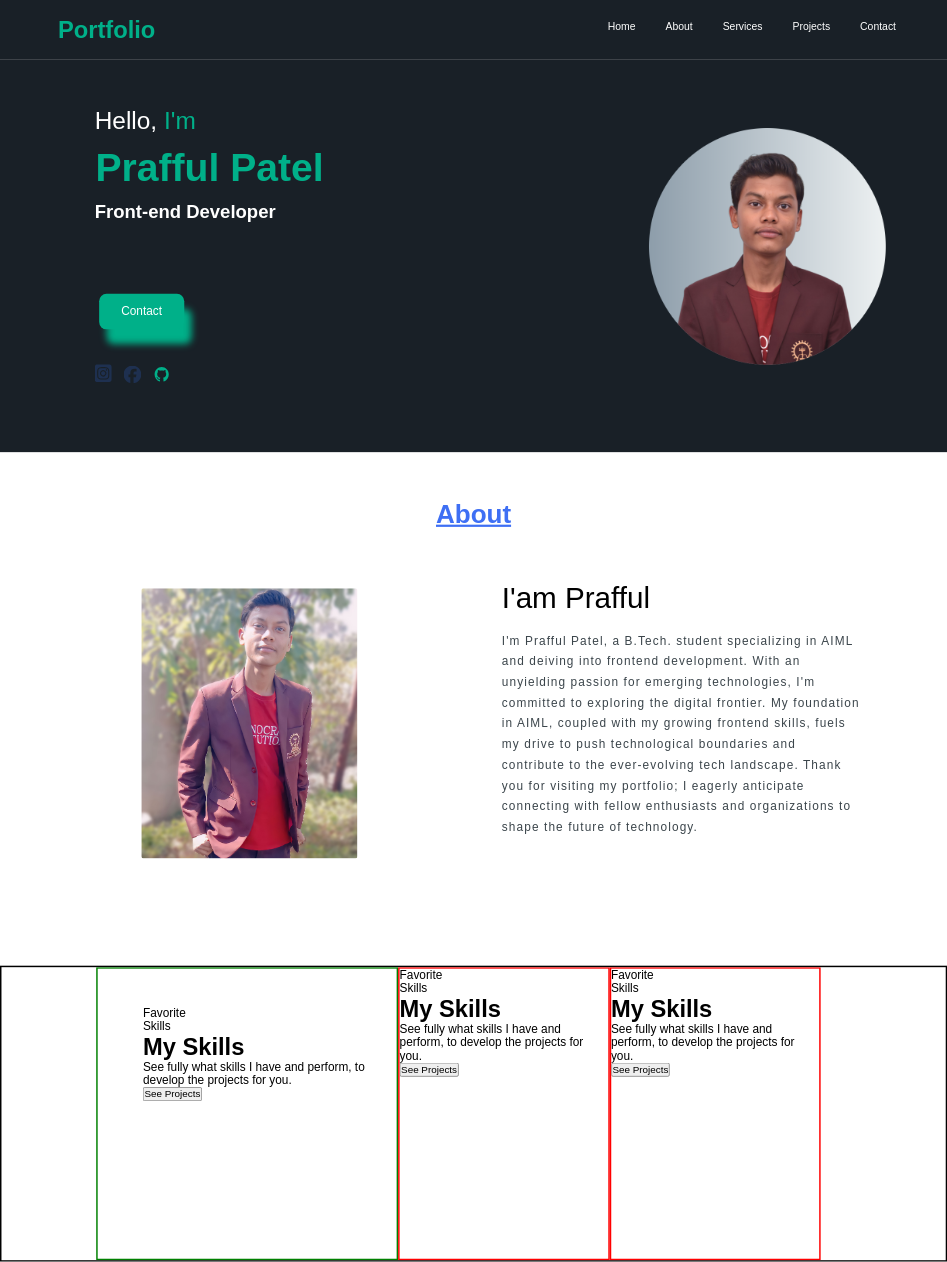
Repository: PraffulPatel27/Portfolio_2.0
Page: index.html
These files come from the project's save history. The page is drawn as it stood at one moment and after the next save; the edit follows.
The browser window is 1280 px wide. The pictures show the whole page, at 74% of full size.
The pointer rests on the first visible `.btn`.

Above is the page before, as saved 2024-01-01 15:54:12.

### index.html
<!DOCTYPE html>
<html lang="en">
<head>
    <meta charset="UTF-8">
    <meta name="viewport" content="width=device-width, initial-scale=1.0">
    <title>Portfolio website complete</title>
    <link rel="stylesheet" href="style.css">
</head>
<body>

  <div class="container-first">
    <!-- /*********************** nav bar **************************/ -->
        <nav class="header">
            <h1>Portfolio</h1>

            <div class="nav-bar">
                <ul>
                    <li class="c1">Home</li>
                    <li> <a id="unique" href="#about">About</a></li>
                    <li>Services</li>
                    <li>Projects</li>
                    <li>Contact</li>
                </ul>
            </div>

        </nav>
        <!-- <div class="head-1"></div> -->



    <!-- /*********************** Section - 1 **************************/ -->
    <div class="first-main-content">
      <div class="left-content">
        <!-- <h1> Hi, </h1> -->
        <p class="ch"> Hello, </p>
        <p class="ch" id="bl"> I'm  </p>
        <h1 id="name-author"> Prafful Patel</h1>
        <h1> Front-end Developer </h1>

        <button class="btn"> Contact </button>
        <div class="social">
            <img src="images/instagram.svg">
            <img src="images/facebook.svg">
            <img src="images/github.svg">
        </div>
    </div>

   <img class="pic" src="images/profile-pic-circle.png">
   </div>


    <!-- /*********************** Section - 2 **************************/ -->
    <div class="section-2">
            <p class="heading-about"> About </p>

        <div class="front-2_under">
            <!-- <img class="left-img" src="images/image-portfolio.jpg"> -->
            <div class="left-content">
                <img class="left-img" src="images/image-portfolio.jpg">
            </div>

            <div class="right-para" id="about">
                <p class="heading-2"> I'am Prafful </p>
                <p class="description"> I'm Prafful Patel, a B.Tech. student specializing in AIML and
                    deiving into frontend development. With an unyielding passion
                    for emerging technologies, I'm committed to exploring the
                    digital frontier. My foundation in AIML, coupled with my
                    growing frontend skills, fuels my drive to push technological
                    boundaries and contribute to the ever-evolving tech
                    landscape. Thank you for visiting my portfolio; I eagerly
                    anticipate connecting with fellow enthusiasts and
                    organizations to shape the future of technology. </p>
            </div>
        </div>

    </div>


    <!-- /*********************** Section - 3 **************************/ -->

    <div class="section-3">
        <div class="bx-1">
            <p> Favorite </p>
            <p> Skills</p>
            <h1> My Skills</h1>

            <p>See fully what skills I have and perform, to
                develop the projects for you.</p>
            <button class="see-project"> See Projects </button>
        </div>

        <div class="bx-2">
            <p> Favorite </p>
            <p> Skills</p>
            <h1> My Skills</h1>

            <p>See fully what skills I have and perform, to
                develop the projects for you.</p>
            <button class="see-project"> See Projects </button>
        </div>

        <div class="bx-2">
            <p> Favorite </p>
            <p> Skills</p>
            <h1> My Skills</h1>

            <p>See fully what skills I have and perform, to
                develop the projects for you.</p>
            <button class="see-project"> See Projects </button>
        </div>
    </div>



    <!-- <footer>
            <h4 class="f-h4"> Prafful </h4>
            <div class="fimg">
                <img class="fb" src="images/faceb.png">
                <img class="ins" src="images/instagram-logo.png">
                <img class="lid" src="images/linkedin (1).png">
                <img class="git" src="images/github (1).png">
            </div>
            <h3 class="f-h3"> Terms of Use . Privacy Policy </h3>
            <p class="fp"> © 2023 copyright all right reserved </p>
    </footer> -->

  </div>

</body>
</html>

### style.css
* {
    margin: 0;
    padding: 0;
    box-sizing: border-box;
    font-family: 'Poppins' , sans-serif;
    scroll-behavior: smooth;
    overflow-x: hidden;
}
.container-first {
    display: flex;
    flex-direction: column;
    flex-wrap: wrap;
    width: 100vw;
    align-items: center;
}
.main-con {
    margin-left: 10%;
    margin-right: 10%;
}

/*********************** Nav bar **************************/
.header {
    min-height: 90%;
    width: 100%;
    background-position: center;
    background-size: cover;
    position: relative;
    background-color: #192027;
    color: #fff;
}
nav {
    display: flex;
    padding: 1.6% 4%;
    align-items: center;
    justify-content: center;
}
.nav-bar {
    flex: 1;
    text-align: right;
}
.nav-bar ul li {
    list-style: none;
    display: inline-block;
    padding: 8px 18px;
    position: relative;
    /* font-weight: bold; */
    cursor: pointer;
    font-size: 0.88rem;
}
#unique {
    text-decoration: none;
    color: #fff;
}
#unique:hover {
    color: #00B089;
}
.nav-bar ul li::after  {
    content: '';
    width: 0%;
    height: 3.5px;
    background-color: #00B089;
    display: block;
    margin: auto;
    transition: 0.80s;
}
.nav-bar ul li:hover::after {
    width: 100%;
}
.nav-bar ul li:hover {
    color: #00B089;
}
nav h1 {
    font-size: 2rem;
    color: #00B089;
    margin-left: 1.7rem;
}

/*********************** Section - 1 **************************/
.first-main-content {
    width: 100%;
    background-color: #192027;
    padding-bottom: 7%;
    display: flex;
    justify-content: space-evenly;
    align-items: center;
    flex-direction: row;
    flex-wrap: wrap;
    align-items: center;
    /* border: 2px solid black; */
}
/* .head-1 {
    margin-top: -1.2%;
    opacity: 0.1;
    border: 0.8px solid black;
    width: 100%;
} */
.left-content {
    padding-top: 5%;
    padding-left: 10%;
    /* border: 2px solid black; */
}
.ch {
    display: inline;
    font-size: 33px;
    color: #fff;
}
#bl {
    color: #00B089;
}
#name-author {
    color: #00B089;
    margin-top: 1.2%;
    font-size: 3.3rem;
    margin-left: 0.1%;
}
.left-content h1 {
    line-height: 60px;
    color: #fff;
    font-size: 25px;
}
.btn {
    width: 10%;
    height: 3rem;
    margin-top: 7%;
    margin-left: 0.5%;
    border-radius: 10px;
    background: #00B089;
    border: none;
    cursor: pointer;
    color: white;
    font-size: 1rem;
    text-align: center;
}
.btn:hover {
    box-shadow: 10px 20px 10px #00B089;
    transition: 0.2s;
}
.social {
    margin-top: 4%;
    margin-left: -1%;
    /* border: 2px solid black; */
}
.social img {
    width: 3%;
    padding-left: 1%;
    cursor: pointer;
    background: none;
}
.pic {
    width: 20rem;
    margin-top:5%;
    margin-right: -62%;
    flex-wrap: wrap;
    position: absolute;
}

/*********************** Section - 2 **************************/
.section-2 {
    width: 100%;
    flex-wrap: wrap;
    align-items: center;
    display: flex;
    position: none;
    justify-content: space-evenly;
    /* border: 2px solid red; */
}
.heading-about {
    text-align: center;
    margin-top: 5%;
    color: #3E6FF4;
    font-size: 2.2rem;
    font-style: normal;
    font-weight: 700;
    text-decoration: underline;
}
.front-2_under {
    display: flex;
    flex-direction: row;
    justify-content: space-evenly;
    align-items: center;
    margin-top: 2%;
    margin-left: 6.5%;
    margin-right: 9%;
    margin-bottom: 6%;
    /* border: 2px solid red; */
}
.left-content {
    flex: 1;
}
.left-content .left-img {
    width: 60%;
    max-width: 100%;
    height: auto;
    border-radius: 1%;
}
.right-para {
    flex: 1;
}
.heading-2 {
    font-size: 2.5rem;
    line-height: 70px;
}
.description {
    color: #3b454b;
    letter-spacing: 1.5px;
    line-height: 28px;
    margin-top: 2%;
}

 /*********************** Section - 3 **************************/
 .section-3 {
    height: 25rem;
    margin-top: 5%;
    flex-wrap: wrap;
    display: flex;
    /* flex-direction: row; */
    padding-left: 10%;
    padding-right: 10%;
    border: 2px solid black;
}
.bx-1 {
    border: 2px solid green;
    width: 40%;
    padding-top: 5%;
    padding-left: 6%;
}
.see-project {

}
.bx-2 {
    border: 2px solid red;
    width: 28%;
}

After the next save:
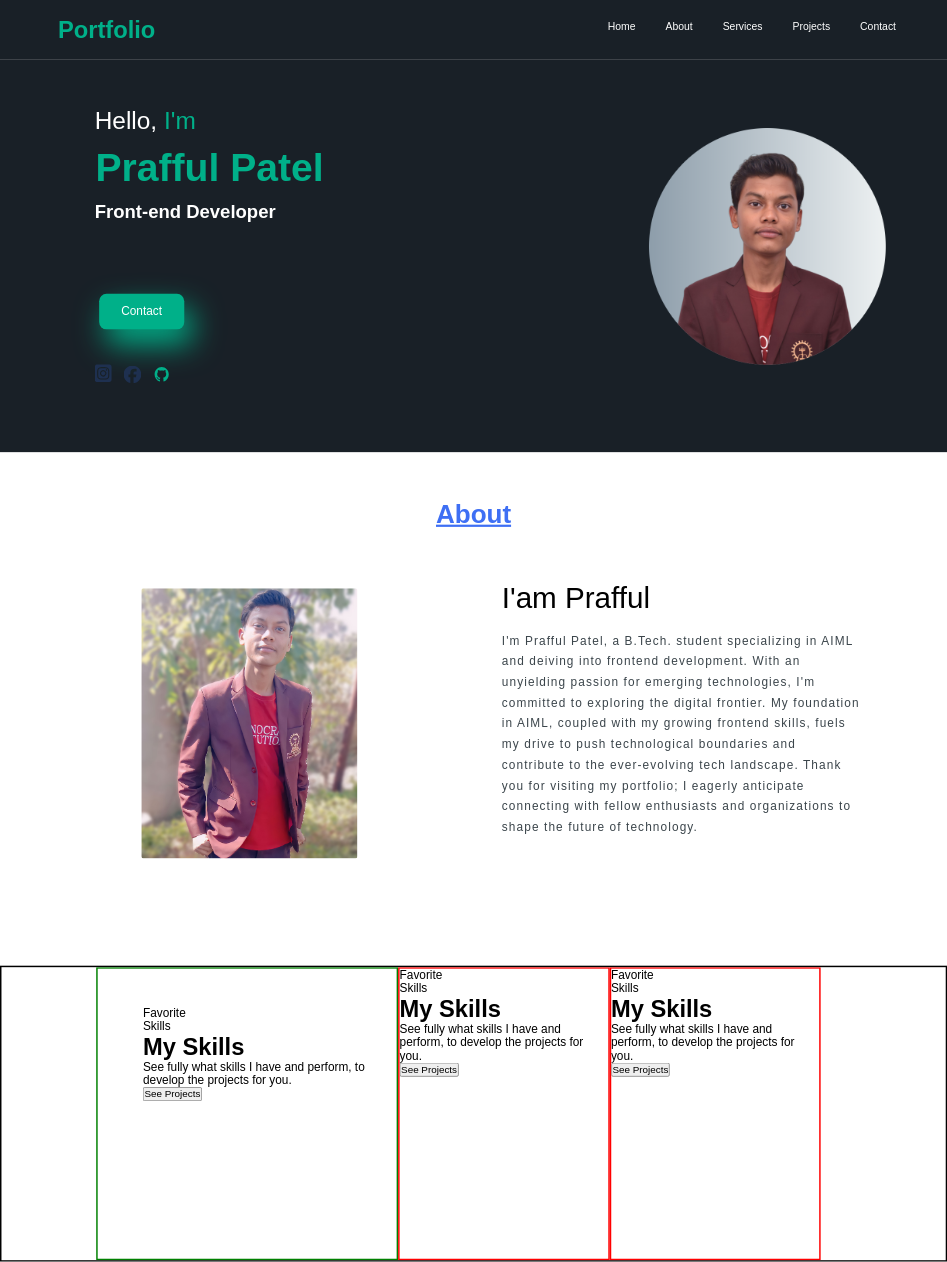
Saved 5 s later.
--- a/style.css
+++ b/style.css
@@ -132,7 +132,7 @@
     text-align: center;
 }
 .btn:hover {
-    box-shadow: 10px 20px 10px #00B089;
+    box-shadow: 10px 20px 40px #00B089;
     transition: 0.2s;
 }
 .social {
